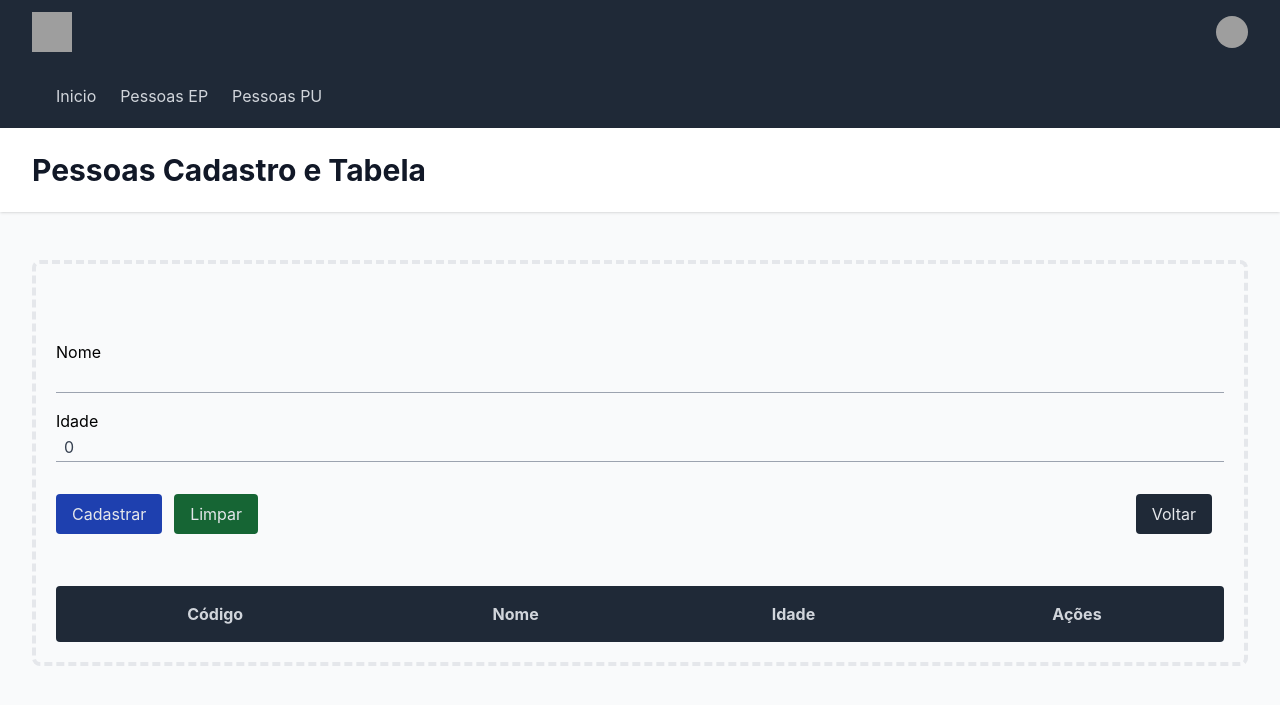
Repository: NunesXdecK/portfolio-jn-old
Page: /pessoaCT
An editor plug-in stored every save of this project. The page is shown before and after a run of saves, followed by the edit.
The browser window is 1280 px wide. The pictures show the whole page.
Pictures or frames that could not be fetched are drawn as grey boxes. The page's requests for data from a server got no answer. The project was rebuilt for these pictures with package versions that can differ from the ones it lists, and the page was loaded fresh each time. The framework's server and built-in components were replaced by stand-ins that run in the browser. No one was signed in, and anything a server would have sent is missing. Also part of the build but not shown: next.config.js.

Above is the page before, as saved 2022-01-08 10:39:35.

### src/pages/pessoaCT.tsx
import { useEffect, useState } from "react";
import Botao from "../components/Botao";
import FormularioPessoa from "../components/FormularioPessoa";
import Layout from "../components/Layout";
import Tabela from "../components/Tabela";
import Pessoa from "../core/Pessoa";
import PessoaRepositorio from "../core/PessoaRepositorio";
import PessoaColecao from "../db/PessoaColecao";
import usePessoas from "../hooks/usePessoas";

export default function Home() {

  const {
    tabelaVisivel,
    pessoa,
    pessoas,
    obterPessoas,
    salvarPessoa,
    novaPessoa,
    selecionarPessoa,
    exlcuirPessoa
  } = usePessoas()

  return (
    <Layout titulo="Pessoas Cadastro e Tabela">
      <FormularioPessoa
        salvarFuncao={salvarPessoa}
        paginaUnica={true}
        voltarFuncao={obterPessoas} pessoa={pessoa} />

      <Tabela
        pessoas={pessoas}
        verId={true}
        paginaUnica={true}
        selecionarPessoa={selecionarPessoa}
        excluirPessoa={exlcuirPessoa} />

    </Layout>
  )
}

### src/styles/globals.css
@tailwind base;
@tailwind components;
@tailwind utilities;

html, body {
  padding: 0;
  margin: 0;
  background-color: rgb(249 250 251);
  font-family: -apple-system, BlinkMacSystemFont, Segoe UI, Roboto, Oxygen,
    Ubuntu, Cantarell, Fira Sans, Droid Sans, Helvetica Neue, sans-serif;
}

a {
  color: inherit;
  text-decoration: none;
}

* {
  box-sizing: border-box;
}

### src/components/FormularioPessoa.tsx
import { useState } from "react";
import Pessoa from "../core/Pessoa";
import Botao from "./Botao";
import EntradaTexto from "./EntradaTexto";

interface FormularioPessoaProps {
    pessoa?: Pessoa,
    salvarFuncao?: (pessoa: Pessoa) => void,
    resetarFuncao?: (pessoa: Pessoa) => void,
    paginaUnica?: boolean,
    voltarFuncao?: () => void
}

export default function FormularioPessoa(props: FormularioPessoaProps) {
    const id = props.pessoa?.id
    const [nome, setNome] = useState(props.pessoa?.nome ?? '');
    const [idade, setIdade] = useState(props.pessoa?.idade ?? 0);

    function resetaFormulario() {
        setNome("")
        setIdade(0)
    }

    return (
        <div className="my-10">
            <div className="py-4">
                {id ? (
                    <EntradaTexto tipo="text" texto="Id" somenteLeitura={true} valor={id} />
                ) : false}
                <EntradaTexto tipo="text" texto="Nome" quandoAlterar={setNome} valor={nome} />
                <EntradaTexto tipo="number" texto="Idade" quandoAlterar={setIdade} valor={idade} />

            </div>

            <div className="flex items-center justify-between">
                <div>
                    <Botao
                        cor="azul"
                        onClick={() => props.salvarFuncao?.(new Pessoa(nome, +idade, id))}>
                        {id ? 'Alterar' : 'Cadastrar'}
                    </Botao>
                    <Botao onClick={resetaFormulario} cor="verde">Limpar</Botao>
                </div>
                {props.paginaUnica ? (
                    <Botao onClick={props.voltarFuncao} cor="cinza">Voltar</Botao>
                ) : (
                    <Botao link={true} destino="/pessoa" cor="cinza">Voltar</Botao>
                )}
            </div>
        </div>
    )
}

### src/components/Layout.tsx
import Menu from "./Menu"
import Titulo from "./Titulo"

interface LayoutProps {
    titulo?: string
    children?: any
}

export default function Layout(props: LayoutProps) {
    return (
        <div className="h-full">
            <header>
                <Menu/>
                <div className="bg-white shadow">
                    <Titulo>{props.titulo}</Titulo>
                </div>
            </header>

            <main>
                <div className="max-w-7xl mx-auto py-6 sm:px-6 lg:px-8">
                    <div className="px-4 py-6 sm:px-0">
                        <div className="p-5 border-4 border-dashed border-gray-200 rounded-lg">
                            {props.children ?? "Sem Conteúdo"}
                        </div>
                    </div>
                </div>
            </main>
        </div>
    )
}

### src/components/Tabela.tsx
import Link from "next/link";
import Pessoa from "../core/Pessoa";
import { IconeEdicao, IconeLixeira, IconeTabelaButtonEdicaoStyles, IconeTabelaButtonLixeiraStyles } from "./Icones";

interface TabelaProps {
    pessoas: Pessoa[],
    verId?: boolean,
    paginaUnica?: boolean,
    selecionarPessoa?: (pessoa: Pessoa) => void,
    excluirPessoa?: (pessoa: Pessoa) => void
}

export default function Tabela(props: TabelaProps) {

    let tdStyles = "text-center p-4"

    function renderizarCabecalho() {
        return (
            <tr>
                {props.verId ? <th className={tdStyles}>Código</th> : false}
                <th className={tdStyles}>Nome</th>
                <th className={tdStyles}>Idade</th>
                {props.selecionarPessoa || props.excluirPessoa ? (
                    <th className={tdStyles}>Ações</th>
                ) : false}
            </tr>
        )
    }

    function renderizarDados() {
        return props.pessoas?.map((pessoa, i) => {
            return (
                <tr key={pessoa.id}
                    className={`${i % 2 === 0 ? "bg-gray-100" : "bg-gray-200"}`}>
                    {props.verId ? <td className={tdStyles}>{pessoa.id}</td> : false}
                    <td className={tdStyles}>{pessoa.nome}</td>
                    <td className={tdStyles}>{pessoa.idade}</td>
                    {props.selecionarPessoa || props.excluirPessoa ? (
                        renderizarAcoes(pessoa)
                    ) : false}
                </tr>
            )
        })
    }

    function renderizaBotaoEdicao(pessoa: Pessoa) {
        let botao
        if (props.paginaUnica) {
            botao = (
                <button onClick={() => props.selecionarPessoa?.(pessoa)} className={IconeTabelaButtonEdicaoStyles}>
                    {IconeEdicao}
                </button>
            )
        } else {
            botao = (
                <Link href={{ pathname: "/pessoacadastro", query: { "id": pessoa.id } }}>
                    <button className={IconeTabelaButtonEdicaoStyles}>
                        {IconeEdicao}
                    </button>
                </Link>
            )
        }
        return botao
    }

    function renderizarAcoes(pessoa: Pessoa) {
        return (
            <td className="p-4 justify-center flex">
                {props.selecionarPessoa ? (
                    renderizaBotaoEdicao(pessoa)
                ) : false}

                {props.excluirPessoa ? (
                    <button onClick={() => props.excluirPessoa?.(pessoa)} className={IconeTabelaButtonLixeiraStyles}>{IconeLixeira}</button>
                ) : false}
            </td>
        )
    }

    return (
        <table className="w-full overflow-hidden rounded">
            <thead className="bg-gray-800 text-gray-300">
                {renderizarCabecalho()}
            </thead>
            <tbody>
                {renderizarDados()}
            </tbody>
        </table>
    )
}

### src/hooks/usePessoas.ts
import { useEffect, useState } from "react"
import Pessoa from "../core/Pessoa"
import PessoaColecao from "../db/PessoaColecao"
import useTabelaForm from "./useTabelaForm"

export default function usePessoas() {
    const repo = new PessoaColecao()

    const { tabelaVisivel, exibirTabela, exibirFormulario } = useTabelaForm()

    const [pessoa, setPessoa] = useState<Pessoa>(Pessoa.vazio())
    const [pessoas, setPessoas] = useState<Pessoa[]>([])

    useEffect(() => {
        obterPessoas()
    }, [])

    function obterPessoas() {
        repo.obterTodos().then(setPessoas)
        exibirTabela()
    }

    function novaPessoa() {
        setPessoa(Pessoa.vazio())
        exibirFormulario()
    }

    function salvarPessoa(pessoa: Pessoa) {
        let r = repo.salvar(pessoa)
        if (r) {
            obterPessoas()
        }
    }

    function selecionarPessoa(pessoa: Pessoa) {
        setPessoa(pessoa)
        exibirFormulario()
    }

    function exlcuirPessoa(pessoa: Pessoa) {
        let r = repo.excluir(pessoa)
        if (r) {
            obterPessoas()
        }
    }

    return {
        tabelaVisivel,
        pessoa,
        pessoas,
        obterPessoas,
        salvarPessoa,
        novaPessoa,
        selecionarPessoa,
        exlcuirPessoa
    }
}

### src/core/Pessoa.ts
export default class Pessoa {
    #id: string
    #nome: string
    #idade: number

    static vazio() {
        return new Pessoa("", 0)
    }

    static pessoas() {
        const pessoas = [
            new Pessoa("Natasha", 30, "1"),
            new Pessoa("Melissa", 4, "12"),
            new Pessoa("Auxiliadora", 58, "44"),
            new Pessoa("Júnior", 34, "433")
        ]
        return pessoas
    }

    constructor(nome: string, idade: number, id: string = null) {
        this.#nome = nome
        this.#idade = idade
        this.#id = id
    }

    get id() {
        return this.#id
    }

    get nome() {
        return this.#nome
    }

    get idade() {
        return this.#idade
    }
}

### src/components/Botao.tsx
import Link from "next/link"

interface BotaoProps {
    cor?: 'verde' | 'azul' | 'cinza' | 'vermelho'
    children: any,
    onClick?: () => void,
    link?: boolean,
    destino?: string
}

export default function Botao(props: BotaoProps) {
    const cinza = "bg-gray-800 hover:bg-gray-600"
    const vermelho = "bg-red-800 hover:bg-red-600"
    const azul = "bg-blue-800 hover:bg-blue-600"
    const verde = "bg-green-800 hover:bg-green-600"
    let cor = cinza

    switch (props.cor) {
        case 'vermelho':
            cor = vermelho
            break
        case 'azul':
            cor = azul
            break
        case 'verde':
            cor = verde
            break
    }

    const styleFinal = "px-4 py-2 mb-3 mr-3 rounded text-gray-200 " + cor + " transition"

    return (
        props.link ?
            (<Link href={props.destino}>
                <button className={styleFinal}>
                    {props.children}
                </button>
            </Link>)
            : (
                <button onClick={props.onClick} className={styleFinal}>
                    {props.children}
                </button>
            )
    )
}

### src/components/EntradaTexto.tsx
interface EntradaTextoProps {
    tipo: 'text' | 'number'
    texto: string
    valor?: any
    somenteLeitura?: boolean
    quandoAlterar?: (alterou: any) => void
}

export default function EntradaTexto(props: EntradaTextoProps) {
    return (
        <div className="flex flex-col mb-4">
            <label>{props.texto}</label>
            <div className="flex items-center border-b border-gray-400 focus:bg-gray-800">
                <input
                    className="appearance-none bg-transparent border-none w-full text-gray-700 mr-3 py-1 px-2 leading-tight focus:outline-none"
                    onChange={e => props.quandoAlterar?.(e.target.value)}
                    type={props.tipo ?? 'text'}
                    value={props.valor}
                    readOnly={props.somenteLeitura}
                />
            </div>
        </div>
    )
}

### src/components/Menu.tsx
import Navegador from "./Navegador"

interface MenuProps {
    titulo?: any
}

export default function Menu(props: MenuProps) {
    return (
        <div className="min-h-full">
            <div className="bg-gray-800">
                <div className="max-w-7xl mx-auto px-4 sm:px-6 lg:px-8">
                    <div className="flex items-center justify-between h-16">
                        <div className="flex items-center">
                            <div className="flex-shrink-0">
                                <img
                                    className="h-10 w-10"
                                    src="https://tailwindui.com/img/logos/workflow-mark-indigo-500.svg"
                                    alt="Workflow"
                                />
                            </div>
                        </div>
                        <img
                            src="https://tailwindui.com/img/logos/workflow-mark-indigo-500.svg"
                            alt="Workflow"
                            className="h-8 w-8 rounded-full"
                        />
                    </div>

                    <div className="flex items-center justify-between">
                        <nav className="p-3 flex items-center">
                            <Navegador destino="/">Inicio</Navegador>
                            <Navegador destino="/pessoa">Pessoas EP</Navegador>
                            <Navegador destino="/pessoaPU">Pessoas PU</Navegador>
                        </nav>
                    </div>
                </div>
            </div>
        </div>
    )
}

### src/components/Titulo.tsx
interface TituloProps {
    children?: any
}

export default function Titulo(props: TituloProps) {
    return (
        <div className="max-w-7xl mx-auto py-6 px-4 sm:px-6 lg:px-8">
            <h1 className="text-3xl font-bold text-gray-900">{props.children ?? "Titulo Placeholder"}</h1>
        </div>
    )
}

### src/components/Icones.tsx
export const IconeEdicao = (
    <svg xmlns="http://www.w3.org/2000/svg" className="h-6 w-6" fill="none" viewBox="0 0 24 24" stroke="currentColor" >
        <path strokeLinecap="round" strokeLinejoin="round" strokeWidth={2} d="M11 5H6a2 2 0 00-2 2v11a2 2 0 002 2h11a2 2 0 002-2v-5m-1.414-9.414a2 2 0 112.828 2.828L11.828 15H9v-2.828l8.586-8.586z" />
    </svg>
)

export const IconeLixeira = (
    <svg xmlns="http://www.w3.org/2000/svg" className="h-6 w-6" fill="none" viewBox="0 0 24 24" stroke="currentColor">
        <path strokeLinecap="round" strokeLinejoin="round" strokeWidth={2} d="M19 7l-.867 12.142A2 2 0 0116.138 21H7.862a2 2 0 01-1.995-1.858L5 7m5 4v6m4-6v6m1-10V4a1 1 0 00-1-1h-4a1 1 0 00-1 1v3M4 7h16" />
    </svg>
)

export const IconeTabelaButtonEdicaoStyles = "flex justify-center items-center p-2 m-1 rounded-full hover:text-green-600 transition"
export const IconeTabelaButtonLixeiraStyles = "flex justify-center items-center p-2 m-1 rounded-full hover:text-red-500 transition"

### src/db/PessoaColecao.ts
import Pessoa from "../core/Pessoa";
import { collection, deleteDoc, doc, getDocs, orderBy, query, setDoc, updateDoc } from "firebase/firestore";
import { db } from "./firebaseDB";

export default class PessoaColecao {

    #conversor = {
        toFirestore(pessoa: Pessoa) {
            return {
                nome: pessoa.nome,
                idade: pessoa.idade
            }
        },
        fromFirestore(snapshot, options): Pessoa {
            const dados = snapshot?.data(options)
            return new Pessoa(dados.nome, dados.idade, snapshot?.id)
        }
    }

    async salvar(pessoa: Pessoa) {
        try {
            if (pessoa?.id) {
                const docRef = await doc(this.colecao(), pessoa.id)
                await updateDoc(docRef, this.#conversor.toFirestore(pessoa))
                return true
            } else {
                const docRef = await doc(this.colecao())
                await setDoc(docRef, this.#conversor.toFirestore(pessoa))
                return true
            }
        } catch (e) {
            console.log(e)
        }
        return false
    }

    async excluir(pessoa: Pessoa) {
        try {
            const docRef = await doc(this.colecao(), pessoa.id)
            await deleteDoc(docRef)
            return true
        } catch (e) {
            console.log(e)
        }
        return false
    }

    async obterTodos() {
        const q = query(this.colecao(), orderBy("nome", "asc"))
        const promise = await getDocs(q)
        let pessoas = []
        promise.docs.map(doc => {
            pessoas.push(doc.data())
        })
        return pessoas
    }

    private colecao() {
        const collectionRef = collection(db, "pessoa").withConverter(this.#conversor);
        return collectionRef
    }
}

### src/hooks/useTabelaForm.ts
import { useState } from "react";

export default function useTabelaForm() {
    const t = "tabela"
    const f = "formulario"

    const [visivel, setVisivel] = useState<"tabela" | "formulario">(t)

    const exibirTabela = () => setVisivel(t)
    const exibirFormulario = () => setVisivel(f)

    return {
        tabelaVisivel: visivel === t,
        formularioVisivel: visivel === f,
        exibirTabela,
        exibirFormulario
    }
}

### src/components/Navegador.tsx
import Link from 'next/link'

interface NavegadorProps {
    children?: any
    destino: any
}

export default function Navegador(props: NavegadorProps) {
    return (
        <Link href={props.destino} passHref>
            <div className="h-10 p-3 flex rounded-md items-center cursor-pointer text text-gray-300 hover:bg-gray-700 hover:text-white ">
                {props.children ?? 'Titulo placeholder'}
            </div>
        </Link>
    )
}

### src/db/firebaseDB.ts
import { initializeApp } from "firebase/app"

import { getFirestore } from "firebase/firestore"

const firebaseConfig = {
    apiKey: process.env.NEXT_PUBLIC_FIREBASE_API_KEY,
    authDomain: process.env.NEXT_PUBLIC_FIREBASE_AUTH_DOMAIN,
    projectId: process.env.NEXT_PUBLIC_FIREBASE_PROJECT_ID
}

const app = initializeApp(firebaseConfig)
const db = getFirestore()

export { db }

Loaded but not shown: src/pages/_app.js (common file); tailwind.config.js (common file)

After the next 3 saves:
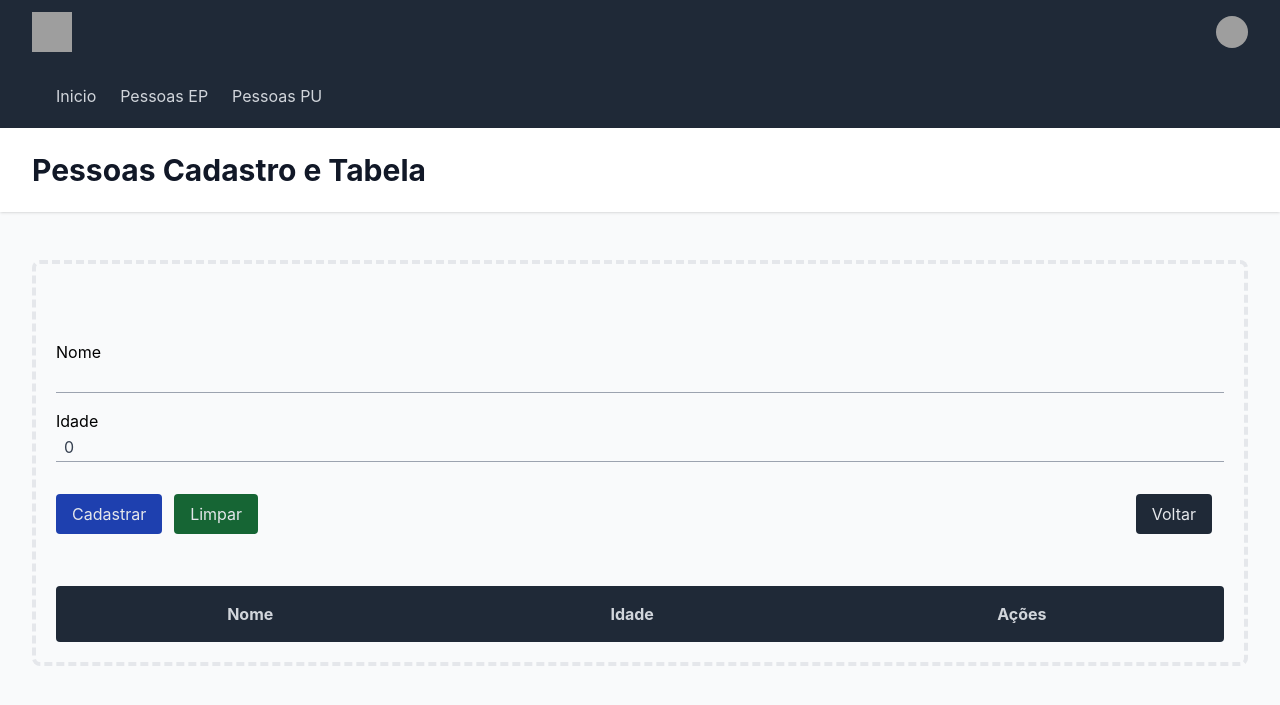
The 3 saves are shown as one change because they came seconds apart.
The last was saved 9 s later.
--- a/src/pages/pessoaCT.tsx
+++ b/src/pages/pessoaCT.tsx
@@ -25,13 +25,10 @@ export default function Home() {
     <Layout titulo="Pessoas Cadastro e Tabela">
       <FormularioPessoa
         salvarFuncao={salvarPessoa}
-        paginaUnica={true}
         voltarFuncao={obterPessoas} pessoa={pessoa} />
 
       <Tabela
         pessoas={pessoas}
-        verId={true}
-        paginaUnica={true}
         selecionarPessoa={selecionarPessoa}
         excluirPessoa={exlcuirPessoa} />
 
